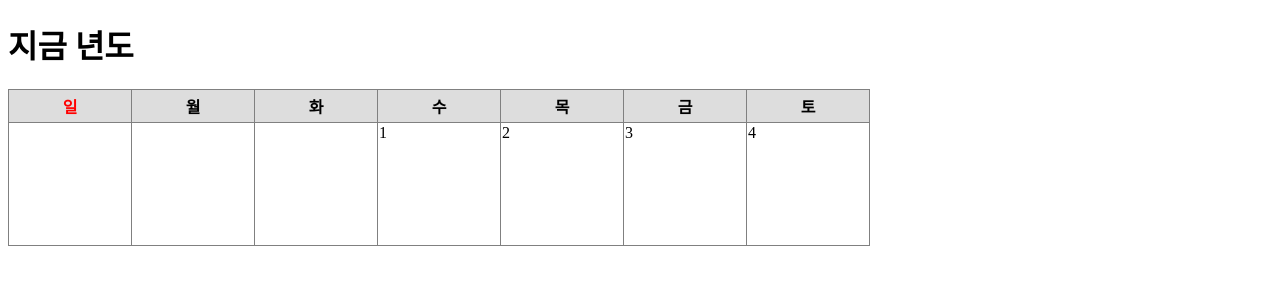
Repository: JIYEONGSTAR/GALENDAR
Page: http://localhost/devdog_calendar/calendar.jsp
The author's editor kept a copy of each file at every save. The page is drawn from the files as they stood at one save, then again after the next save.
The browser window is 1280 px wide. The pictures show the whole page.
The page is served by Tomcat 9. Other server files are loaded and not shown.

Above is the page before, as saved 2020-04-28 09:39:52.

### devdog_calendar/WebContent/calendar.jsp
<%@ page language="java" contentType="text/html; charset=UTF-8"
    pageEncoding="UTF-8"%>
<%@ page import="devdog_calendar.*" %>
<!DOCTYPE html>
<html>
<head>
    <meta http-equiv="Content-Type" content="text/html; charset=utf-8">
    <title>todaycalendar</title>
    <style>
        table { border-collapse: collapse; }
        td { border: 1px solid gray; width: 120px; height: 120px; vertical-align: top; }
        th { background-color: #dddddd; border: 1px solid gray; height: 30px; }
        td:nth-child(1), th:nth-child(1) { color: red; }
        span.green {  font-size: 9pt; color: green; }
        span.gray {  font-size: 9pt; color: gray; }
        td:hover { background-color: #ffd; cursor: pointer; }
    </style>
</head>
<body>
    <h1>지금 년도</h1>
    <table>
        <thead>
            <tr>
                <th>일</th>
                <th>월</th>
                <th>화</th>
                <th>수</th>
                <th>목</th>
                <th>금</th>
                <th>토</th>
            </tr>
        </thead>
        <tbody>
        		<% int i=1; %>
        		<tr>
        			<% for(int j=1;j<calendar1.startDay();j++){ %>
        				<td> </td>
        			<%}%>
        			<% for(int j=calendar1.startDay();j<=7;j++,i++){%>
        				<td><%=i %></td>
        			<%}%>
        			</tr>
        </tbody>
    </table>
</body>
</html>

### devdog_calendar/src/devdog_calendar/calendar1.java
package devdog_calendar;

import java.util.Calendar;

public class calendar1 {

	public static void printCalendar(int firstDayofWeek, int lastDay) {
		firstDayofWeek %= 7;
		int day=1;
		for(int i=0;i<firstDayofWeek;i++) {
			System.out.print("   ");//요일 시작하기 전 만큼 칸 비우기
		}
		while(day<=lastDay) {
			System.out.printf("%4d", day);
			if((day+firstDayofWeek-2) %7==6)
				System.out.println("");
			day++;
		}
	}

//	public static void main(String[] args) {
//		// TODO Auto-generated method stub
//		//현재 날짜 정보
//		Calendar cr = Calendar.getInstance();
//		int year = cr.get(Calendar.YEAR);
//		int month = cr.get(Calendar.MONTH);
//		int date = cr.get(Calendar.DATE);
//		//이번 달 1일의 요일 구하기
//		cr.set(year,month,1);
//		startDay = cr.get(Calendar.DAY_OF_WEEK);
//
		//이번 달 마지막 날짜 구하기
//		cr.add(Calendar.MONTH,1);//월은 하나 추가시키고
//		cr.add(Calendar.DATE, -1);//날짜는 하나 다운....
//		lastDate=cr.get(Calendar.DATE);
//
//		printCalendar(startDay,lastDate);
//	}
	public static int startDay() {
		Calendar cr = Calendar.getInstance();
		int year = cr.get(Calendar.YEAR);
		int month = cr.get(Calendar.MONTH);
		int date = cr.get(Calendar.DATE);
		//이번 달 1일의 요일 구하기
		cr.set(year,month,1);
		int startDay = cr.get(Calendar.DAY_OF_WEEK);
		return startDay;
	}
	public static int lastDate() {
		Calendar cr = Calendar.getInstance();
		int year = cr.get(Calendar.YEAR);
		int month = cr.get(Calendar.MONTH);
		int date = cr.get(Calendar.DATE);

		cr.set(year,month,1);
		//이번 달 마지막 날짜 구하기
		cr.add(Calendar.MONTH,1);//월은 하나 추가시키고
		cr.add(Calendar.DATE, -1);//날짜는 하나 다운....
		int lastDate=cr.get(Calendar.DATE);
		return lastDate;
	}
}

After the next save:
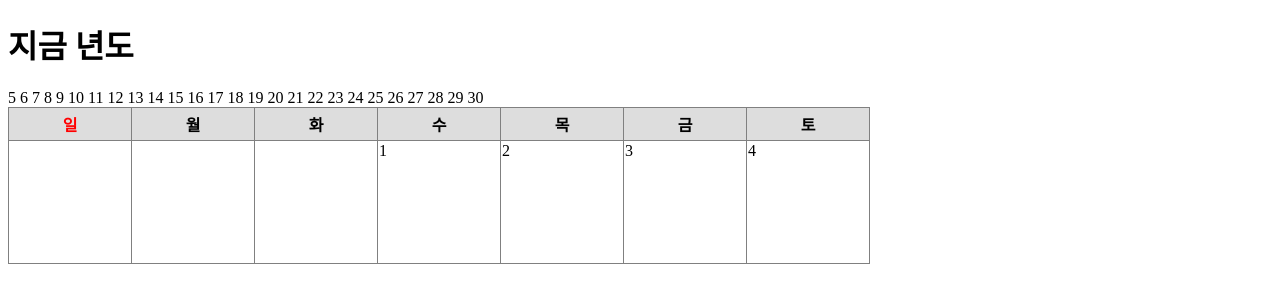
Saved 15 min 53 s later.
--- a/devdog_calendar/WebContent/calendar.jsp
+++ b/devdog_calendar/WebContent/calendar.jsp
@@ -31,15 +31,24 @@
             </tr>
         </thead>
         <tbody>
-        		<% int i=1; %>
-        		<tr>
+        		<% int day=1; %>
+        			<tr>
         			<% for(int j=1;j<calendar1.startDay();j++){ %>
         				<td> </td>
         			<%}%>
-        			<% for(int j=calendar1.startDay();j<=7;j++,i++){%>
-        				<td><%=i %></td>
+        			<% for(int j=calendar1.startDay();j<=7;j++,day++){%>
+        				<td><%=day %></td>
         			<%}%>
         			</tr>
+        			<tr>
+        			<% while(day<=calendar1.lastDate()) {%>
+						<%=day%>
+					<%if((day+calendar1.startDay()-2) %7==6){%>
+						</tr>
+					<%} %>
+						<%day++;%>
+						<tr>
+					<%} %>
         </tbody>
     </table>
 </body>

After the 2 saves that followed:
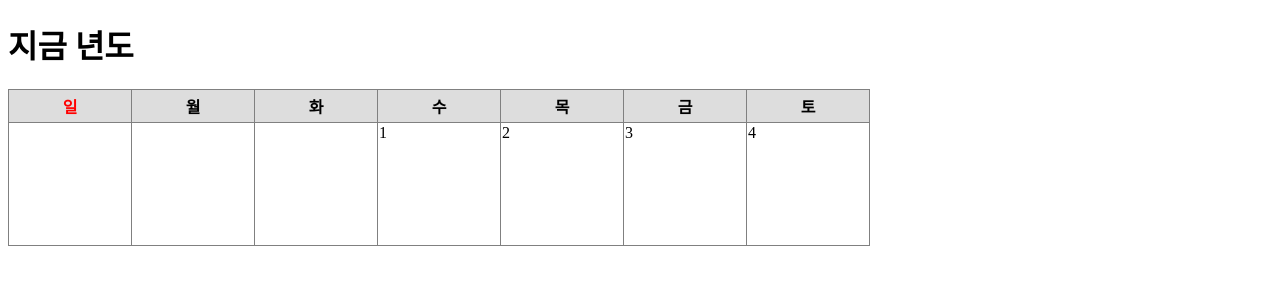
The 2 saves are shown as one change because 1 left the picture as it was.
The last was saved 105 s later.
--- a/devdog_calendar/WebContent/calendar.jsp
+++ b/devdog_calendar/WebContent/calendar.jsp
@@ -39,16 +39,6 @@
         			<% for(int j=calendar1.startDay();j<=7;j++,day++){%>
         				<td><%=day %></td>
         			<%}%>
-        			</tr>
-        			<tr>
-        			<% while(day<=calendar1.lastDate()) {%>
-						<%=day%>
-					<%if((day+calendar1.startDay()-2) %7==6){%>
-						</tr>
-					<%} %>
-						<%day++;%>
-						<tr>
-					<%} %>
         </tbody>
     </table>
 </body>
--- a/devdog_calendar/src/devdog_calendar/calendar1.java
+++ b/devdog_calendar/src/devdog_calendar/calendar1.java
@@ -36,6 +36,17 @@ public class calendar1 {
 //
 //		printCalendar(startDay,lastDate);
 //	}
+	/*
+	public static int crDate() {
+		Calendar cr = Calendar.getInstance();
+		int year = cr.get(Calendar.YEAR);
+		int month = cr.get(Calendar.MONTH);
+		int date = cr.get(Calendar.DATE);
+		//이번 달 1일의 요일 구하기
+		cr.set(year,month,1);
+		return cr;
+	}
+	*/
 	public static int startDay() {
 		Calendar cr = Calendar.getInstance();
 		int year = cr.get(Calendar.YEAR);
@@ -51,7 +62,6 @@ public class calendar1 {
 		int year = cr.get(Calendar.YEAR);
 		int month = cr.get(Calendar.MONTH);
 		int date = cr.get(Calendar.DATE);
-
 		cr.set(year,month,1);
 		//이번 달 마지막 날짜 구하기
 		cr.add(Calendar.MONTH,1);//월은 하나 추가시키고
